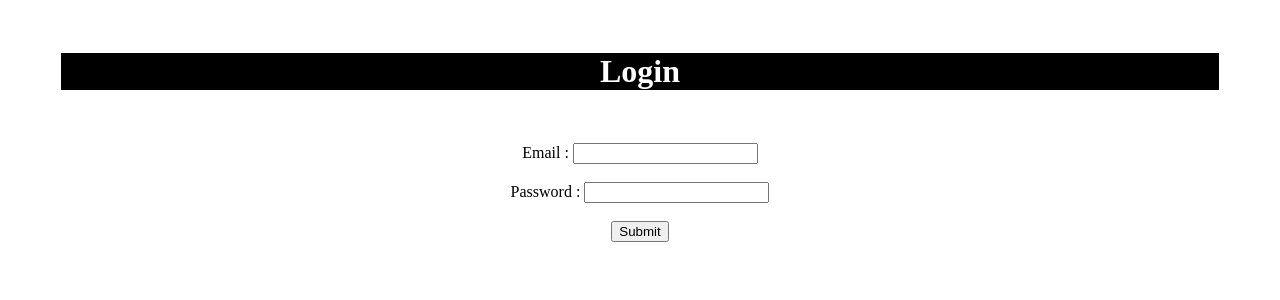
Repository: KD3-86718-yagywalky/Advance-java
Page: http://localhost/secondapp/
The author's editor kept a copy of each file at every save. The page is drawn from the files as they stood at one save, then again after the next save.
The browser window is 1280 px wide. The pictures show the whole page.
The page is served by Tomcat 9. Other server files are loaded and not shown.

Above is the page before, as saved 2024-12-03 09:52:00.

### Assignment02/secondapp/src/main/webapp/index.html
<!DOCTYPE html>
<html>
<head>
<meta charset="ISO-8859-1">
<link rel="stylesheet" href="index.css">
<title>Election Login</title>
</head>
<body style="text-align: center;">
		<h1 class="to"> Login </h1>
		<div style="border: medium; border-color: fuchsia;">
		<form action="login" name="tothe">
		Email : <input type="email" name="email"/>
		<br/><br/>
		Password : <input type="password" name="passwd"/>
		<br/><br/>
		<input type="submit" name="Submit"/>
		</form>
		</div>
</body>
</html>

### Assignment02/secondapp/src/main/webapp/index.css
@charset "ISO-8859-1";

h1 {
	background-color: black;
	color: white;
	border: solid;
	margin: 50px;
}

div {
	border: thick;
	border-color: #004080;

}

After the next save:
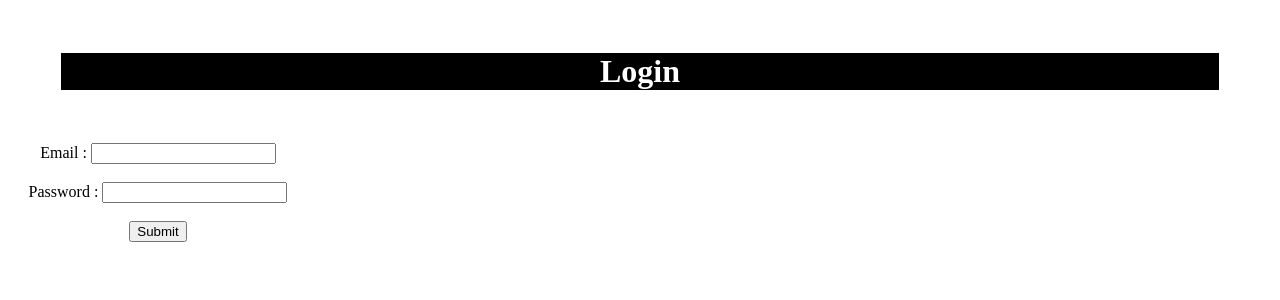
Saved 57 s later.
--- a/Assignment02/secondapp/src/main/webapp/index.css
+++ b/Assignment02/secondapp/src/main/webapp/index.css
@@ -10,5 +10,7 @@ h1 {
 div {
 	border: thick;
 	border-color: #004080;
+	height: 300px;
+	width: 300px;
 
 }
